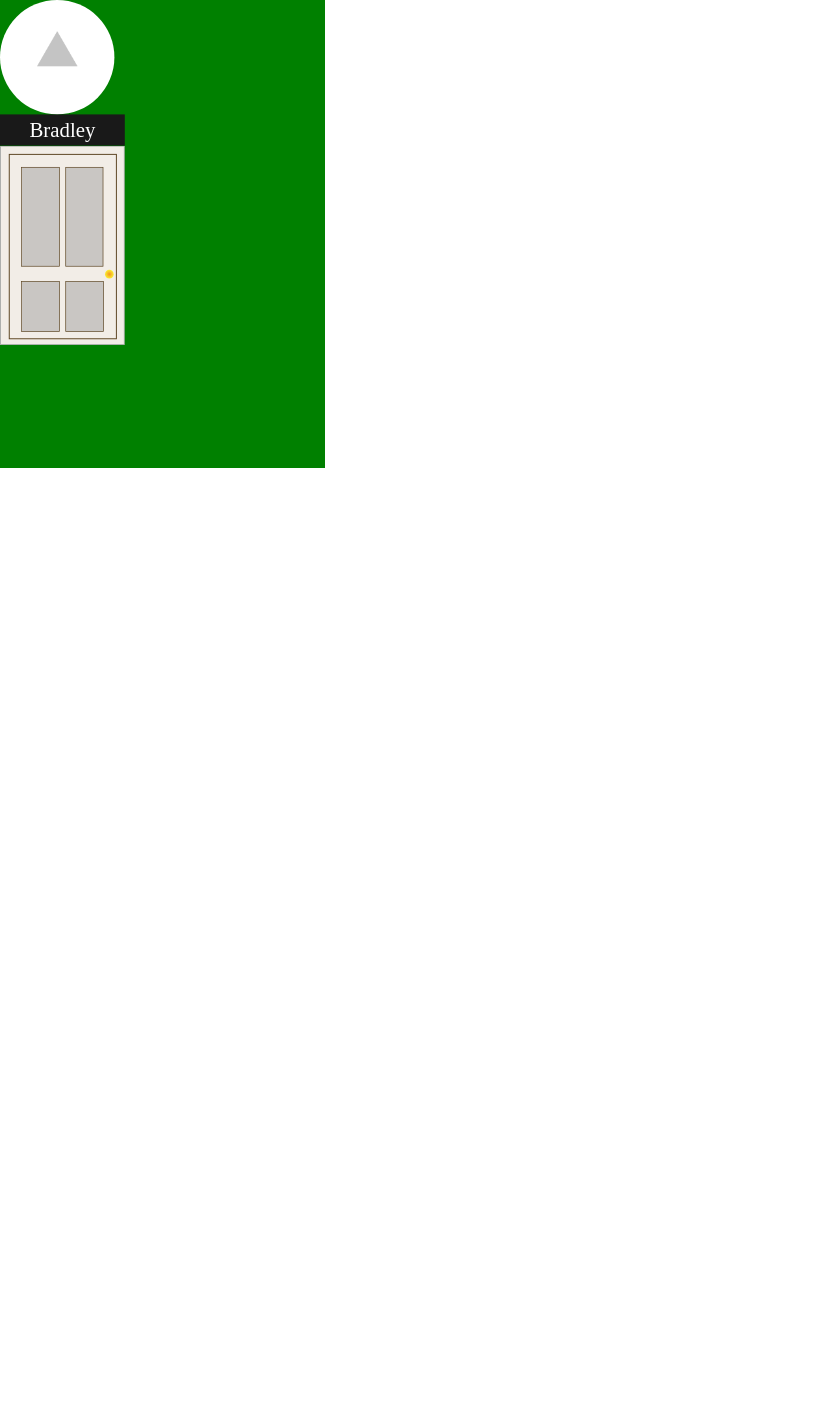
Repository: dnguyen130/HelpAHomieV3
Page: index.html
The author's editor kept a copy of each file at every save. The page is drawn from the files as they stood at one save, then again after the next save.
The browser window is 1280 px wide. The pictures show the whole page, at 65% of full size.

Above is the page before, as saved 2021-03-10 20:27:29.

### index.html
<!DOCTYPE html>
<html lang="en">
<head>
    <meta charset="UTF-8">
    <meta http-equiv="X-UA-Compatible" content="IE=edge">
    <meta name="viewport" content="width=device-width, initial-scale=1.0">
    <link rel="stylesheet" href="styles.css" type="text/css">
    <title>Document</title>
</head>
<body>

    <div class="main">
        <div class="door-screen1 height">
            <div class="arrow"></div>
            <div class="door-container"></div>
        </div>
        <div class="door-screen2 height">
            <div class="arrow"></div>
            <div class="door-container"></div>
        </div>
        <div class="door-screen3 height">
            <div class="arrow"></div>
            <div class="door-container"></div>
        </div>
    </div>
    <script src="./comps/Door/index.js"></script>
    <script src="./comps/TriangleButton/index.js"></script>
    <script src="workflow.js"></script>
</body>
</html>

### styles.css
html, body{
    margin: 0;
}

.height{
    height: 100vh;
    width: 500px;
}

.door-screen1{
    background-color: aqua;
}

.door-screen1{
    background-color: red;
}

.door-screen1{
    background-color: green;
}

### comps/Door/index.js
function DoorUI(text="Bradley", image="images/doorclosed.svg", hoverimage="images/dooropened.svg"){
    return `
        <div style="
            width: 12rem;
            height: 24rem;
            display: flex;
            flex-direction: column;
            align-items: center;
        ">
            <div style="
                width: 12rem;
                height: 3rem;
                font-size: 2rem;
                background-color: #191919;
                color: white;
                display: flex;
                align-items: center;
                justify-content: center;
            ">${text}
            </div>
            <img
            src="${image}"
            onmouseover="this.src='${hoverimage}'"
            onmouseout="this.src='${image}'"
            />
        </div>
    `
}


// export const Door = DoorUI();

### comps/TriangleButton/index.js
function TriangleButtonUI(tri="images/Circle-Triangle.png") {
    return `
    <div style="
            width: 5rem;
            height: 5rem;
            display: flex;
            flex-direction: column;
            align-items: center;
            padding: 3rem;
            border-radius: 25rem;
            background-color: #FFFFFF;
        "
        onmouseover="this.style.boxShadow= '0px 0px 10px 5px rgba(251, 0, 181, 0.7)'"
        onmouseout="this.style.boxShadow='0px 0px 0px 0px rgba(251, 0, 181, 0.7)'"
        >
            <img
            src="${tri}"
            />
        </div>
    `
}

### workflow.js
//arrows
document.querySelector(".arrow").innerHTML += TriangleButtonUI();
// document.querySelector(".arrow").innerHTML += TriangleButtonUI();


//doors
document.querySelector(".door-container").innerHTML += DoorUI();
// document.querySelector(".door-container").innerHTML += DoorUI("Stacy");
// document.querySelector(".door-container").innerHTML += DoorUI("Greg");

After the next save:
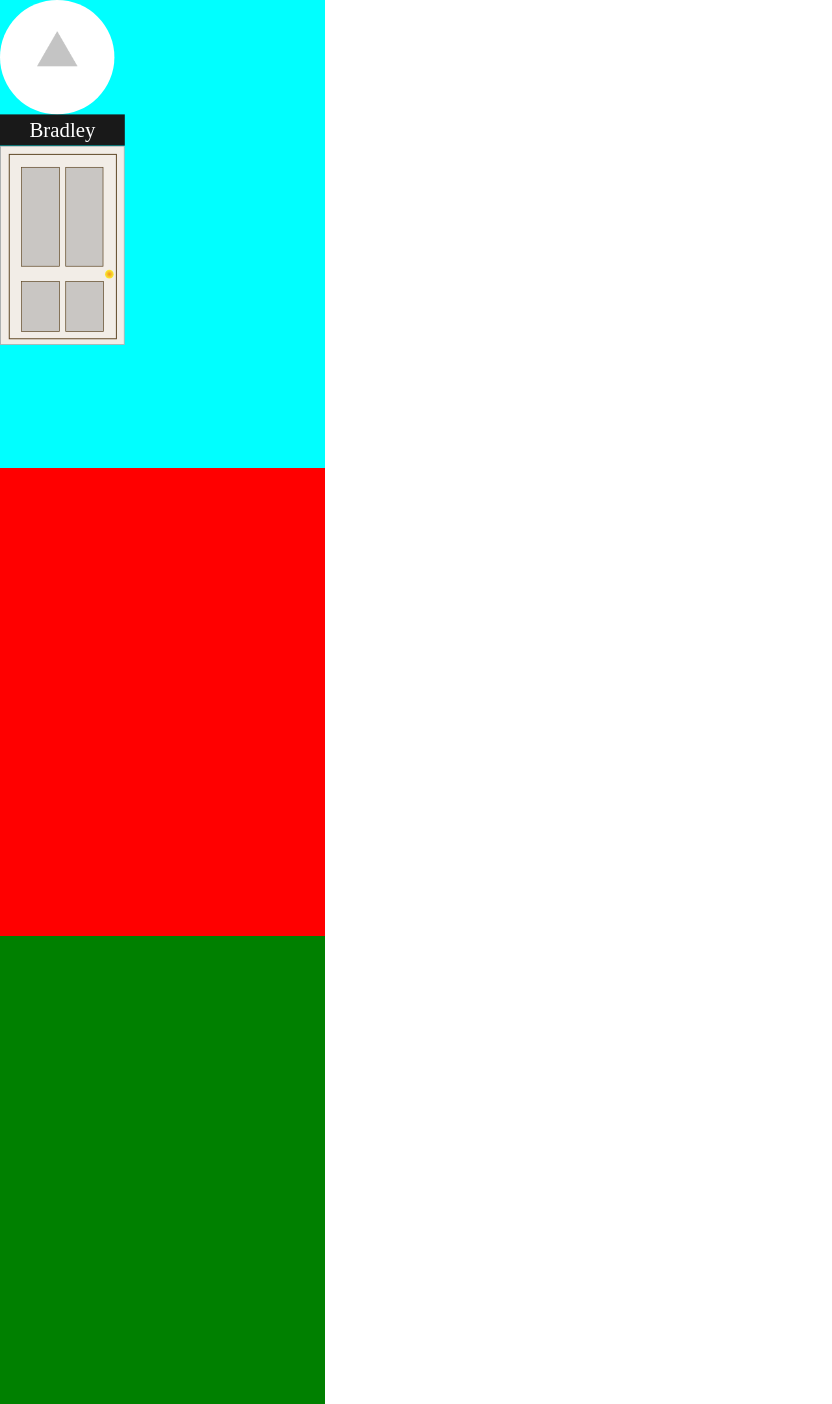
Saved 12 s later.
--- a/styles.css
+++ b/styles.css
@@ -11,10 +11,10 @@ html, body{
     background-color: aqua;
 }
 
-.door-screen1{
+.door-screen2{
     background-color: red;
 }
 
-.door-screen1{
+.door-screen3{
     background-color: green;
 }
